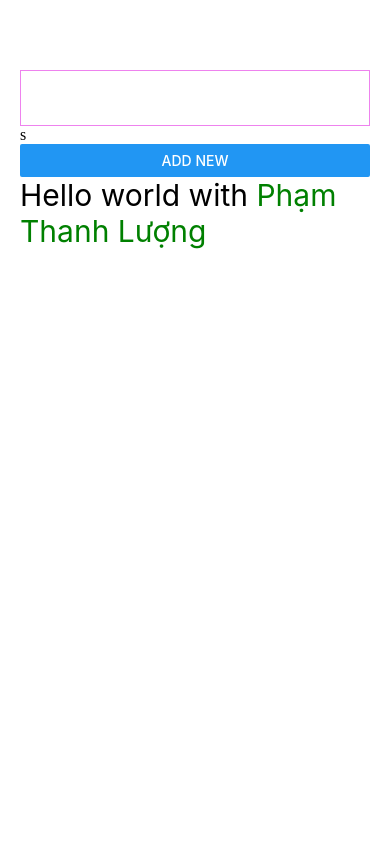
Repository: LuongPTCE181311/React-Native-Ultimate
Screen: /
An editor plug-in stored every save of this project. The screen is shown before and after the next save, followed by the edit.
The app was drawn by React Native's web renderer in a window 390 px wide. The project was rebuilt for these pictures with package versions that can differ from the ones it lists, and the page was loaded fresh each time. Some packages were replaced by stand-ins written for this rebuild.

Above is the screen before, as saved 2026-05-30 15:48:29.

### App.tsx
import { StatusBar } from 'expo-status-bar';
import { useState } from 'react';
import { Button, StyleSheet, Text, TextInput, View } from 'react-native';



export default function App() {

  const [name, setName] = useState<string>("");

  const [person, setPerson] = useState<{
    name: string;
    age: number;
  }>({
    name: "hoi dan it",
    age: 32
  })
  return (
    <View style={styles.container}>
      <View>
        <TextInput
         keyboardType='ascii-capable'
         multiline={true}
         onChangeText={value => setName(value)}
         value={name}
         style={styles.borderInput}/>
        <Text style={styles.text} >{name}</Text>s
      </View>
      <Button title='Add new'/>
      <Text style={styles.text2}>Hello world with
        <Text style={styles.greenColor}> Phạm Thanh Lượng</Text>
      </Text>
    </View>
  );
}

const styles = StyleSheet.create({
  greenColor: {
    color: "green"
  },
  text: {
    fontSize: 30,
    color: "red"
  },
  text2: {
    fontSize: 30
  },
  container: {
    flex: 1,
    backgroundColor: '#fff',
    // alignItems: 'center',
    // justifyContent: 'center'
    paddingHorizontal: 20,
    paddingTop: 20,
    marginTop: 50
  },
  borderInput: {
    borderColor: "violet",
    borderWidth: 1,
    padding: 10
  }
});

Loaded but not shown: index.ts (common file)

After the next save:
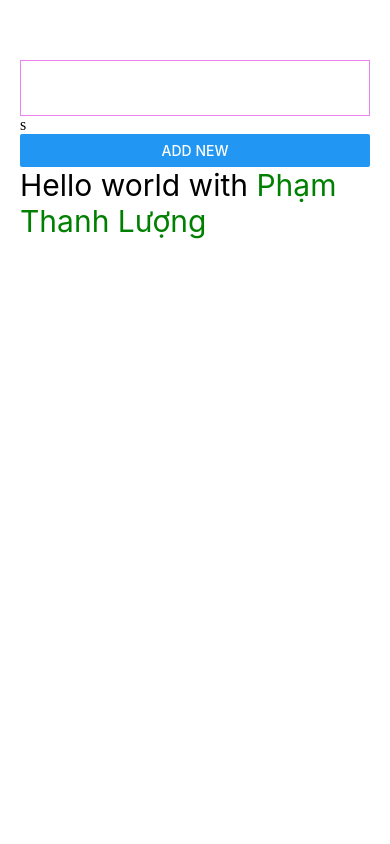
Saved 6 s later.
--- a/App.tsx
+++ b/App.tsx
@@ -52,7 +52,7 @@ const styles = StyleSheet.create({
     // justifyContent: 'center'
     paddingHorizontal: 20,
     paddingTop: 20,
-    marginTop: 50
+    marginTop: 40
   },
   borderInput: {
     borderColor: "violet",
